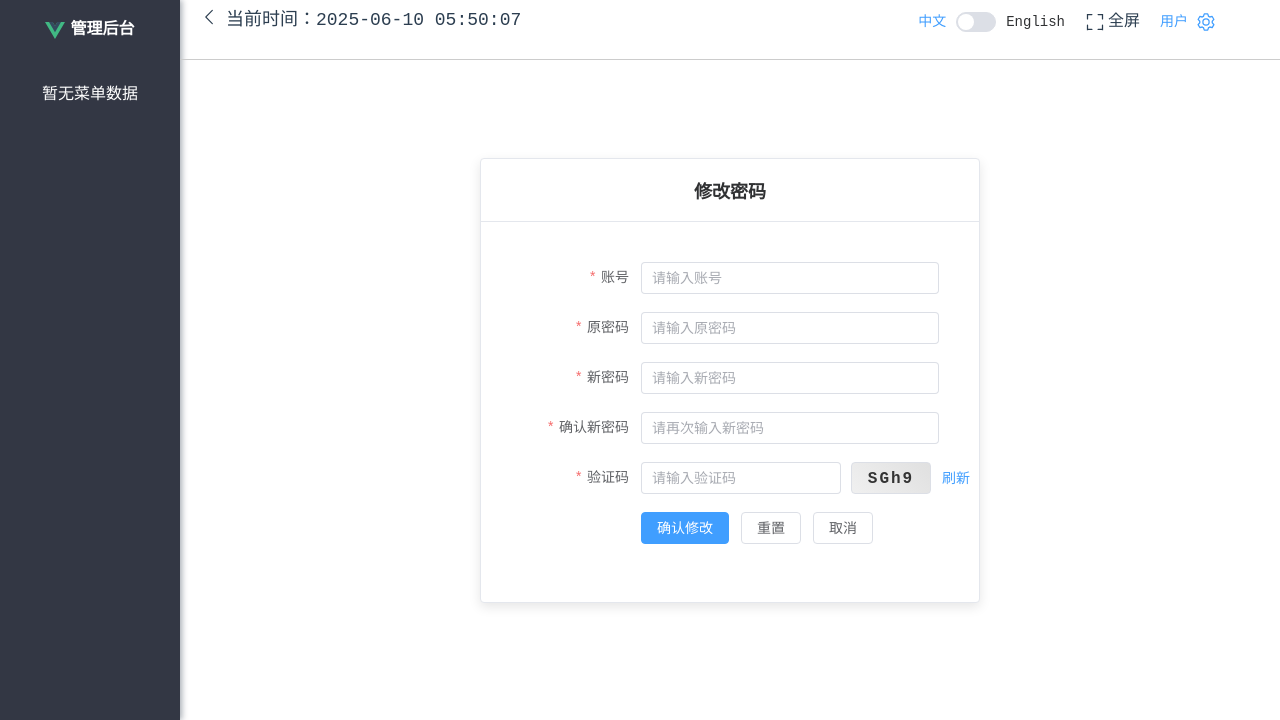
Repository: HaoFan-Fy/vue-PracticalTraining2025.6
Page: /change-password
The author's editor kept a copy of each file at every save. The page is drawn from the files as they stood at one save, then again after the next save.
The browser window is 1280 px wide. The pictures show the whole page.
The project was rebuilt for these pictures with package versions that can differ from the ones it lists, and the page was loaded fresh each time. Also part of the build but not shown: vite.config.js, src/components/MenuTree.vue, src/mixins/permission.js, src/views/Home.vue, src/views/Login.vue, src/views/Register.vue, src/views/LoginChangePassword.vue.

Above is the page before, as saved 2025-06-11 14:39:27.

After the next save:
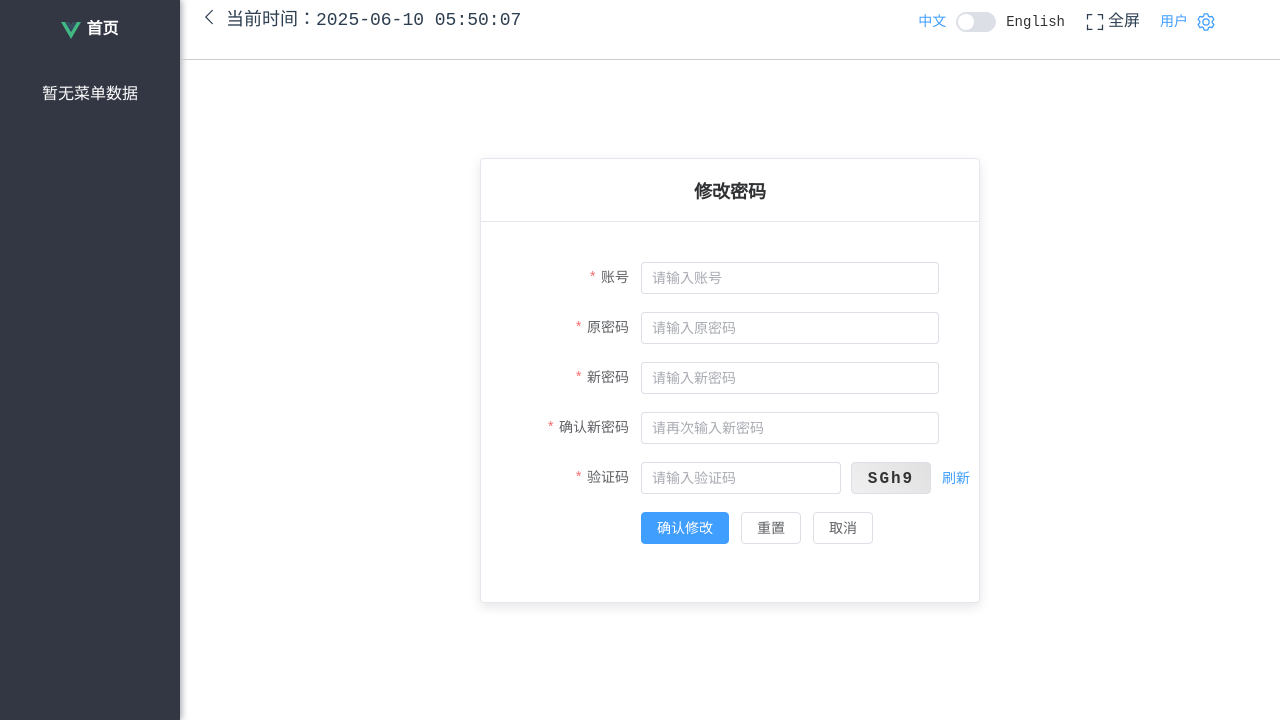
Saved 30 s later.
--- a/src/components/Aside.vue
+++ b/src/components/Aside.vue
@@ -12,7 +12,7 @@
     <!-- Logo区域 -->
     <div style="height: 60px; line-height: 60px; text-align: center" @click="goToHome">
       <img src="../assets/logo.svg" alt="" style="width: 20px; position: relative; top: 5px; margin-right: 5px" />
-      <b style="color: #fff; cursor: pointer" v-show="logoTextShow">管理后台</b>
+      <b style="color: #fff; cursor: pointer" v-show="logoTextShow">{{ $t('sidebar.dashboard') }}</b>
     </div>
     <!-- 菜单内容 -->
     <template v-if="!loading && menus.length > 0">
